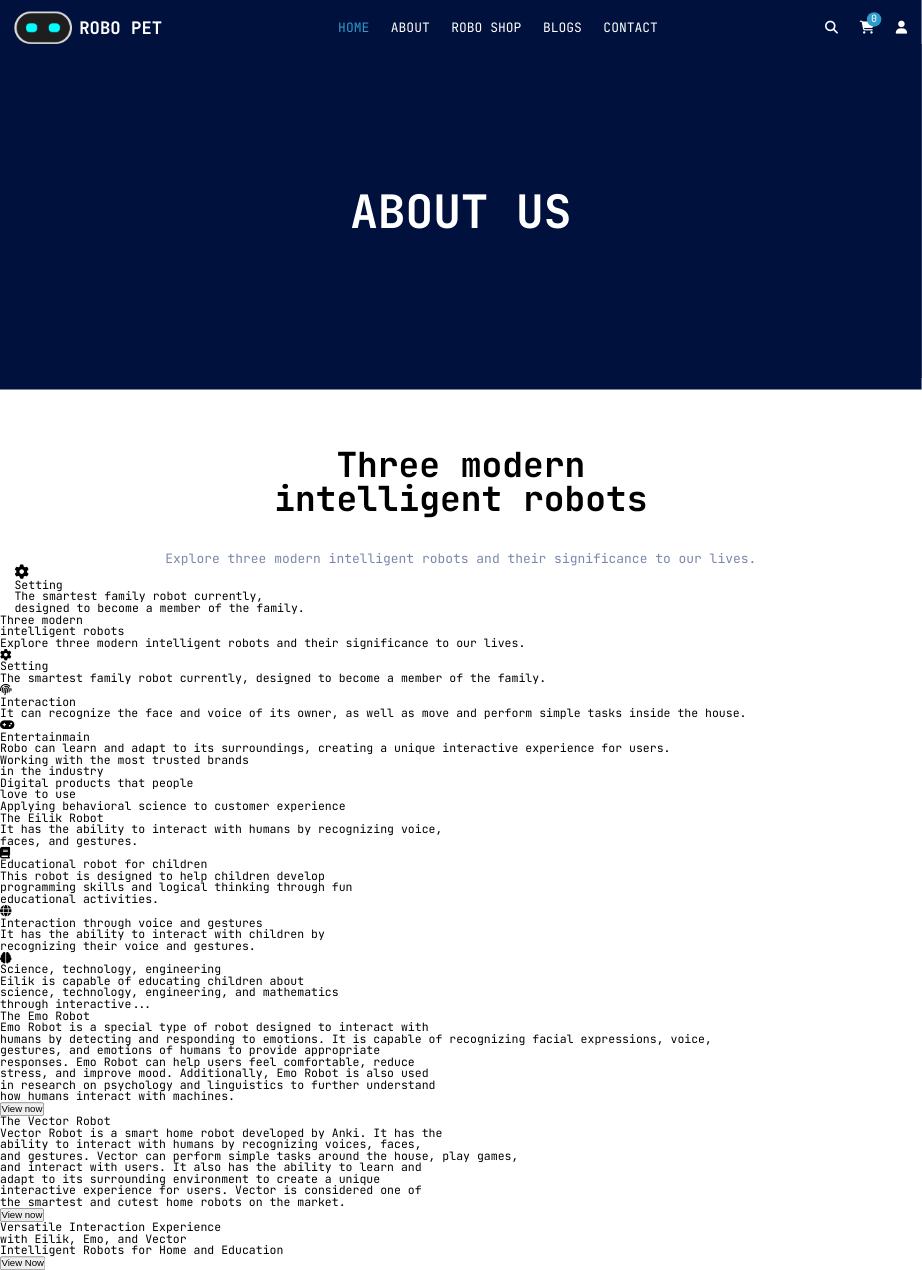
Repository: trietle101/du-an-1
Page: http://localhost/about.html
The author's editor kept a copy of each file at every save. The page is drawn from the files as they stood at one save, then again after the next save.
The browser window is 1280 px wide. The pictures show the whole page, at 72% of full size.
Some web libraries are served in a nearby version. The page is run by PHP 8.4 with error messages shown; the project is at /var/www/html/.

Above is the page before, as saved 2023-03-12 22:26:41.

### about.html
<!DOCTYPE html>
<html lang="en">
  <head>
    <meta charset="UTF-8" />
    <meta http-equiv="X-UA-Compatible" content="IE=edge" />
    <meta name="viewport" content="width=device-width, initial-scale=1.0" />
    <title>About</title>
    <link rel="stylesheet" href="assets/css/reset.css" />
    <link rel="preconnect" href="https://fonts.googleapis.com" />
    <link rel="preconnect" href="https://fonts.gstatic.com" crossorigin />
    <link rel="stylesheet" href="assets/css/about.css">
    <link
      href="https://fonts.googleapis.com/css2?family=JetBrains+Mono:wght@300;400;500;700&display=swap"
      rel="stylesheet"
    />
    <script
      src="https://kit.fontawesome.com/08ee78edd1.js"
      crossorigin="anonymous"
    ></script>
  </head>
  <body>
    <header class="header">
      <div class="container">
        <nav class="header-nav">
          <a href="#" class="header-logo">
            <img src="assets/img/logo.png" />
            <span>ROBO PET</span>
          </a>

          <ul class="nav__list">
            <li class="nav__item">
              <a href="#" class="nav__link active">Home</a>
            </li>
            <li class="nav__item">
              <a href="#" class="nav__link">About</a>
            </li>
            <li class="nav__item">
              <a href="#" class="nav__link">Robo shop</a>
            </li>
            <li class="nav__item">
              <a href="#" class="nav__link">Blogs</a>
            </li>
            <li class="nav__item">
              <a href="#" class="nav__link">Contact</a>
            </li>
          </ul>

          <ul class="nav__list">
            <li class="nav__item">
              <a href="" class="nav__link"
                ><i class="fa-solid fa-magnifying-glass"></i
              ></a>
            </li>
            <li class="nav__item">
              <a href="" class="nav__link absolute">
                <i class="fa-solid fa-cart-shopping"></i>
                <span>0</span>
              </a>
            </li>
            <li class="nav__item">
              <a href="" class="nav__link"><i class="fa-solid fa-user"></i></a>
            </li>
          </ul>
        </nav>
      </div>
      <div class="header-banner">
        <div class="container">
          <h1 class="banner-title">ABOUT US</h1>
        </div>
      </div>
    </header>
    <section class="modern">
      <div class="container">
        <h2 class="modern-title">Three modern <br> intelligent robots</h2>
        <p class="modern-desc">Explore three modern intelligent robots and their significance to our lives.</p>
        <div class="modern-box">
          <div class="modern-item">
            <i class="fa-solid fa-gear"></i>
            <h3 class="modern-box-title">Setting</h3>
            <p class="modern-box-desc">The smartest family robot currently, designed to become a member of the family.</p>
          </div>
        </div>
      </div>
    </section>

    <!--phần banner-->
    <div class="banner">
           </div>
           <div class="name2">
            <h2>Three modern <br>
              intelligent robots</h2>
            <p>Explore three modern intelligent robots and their significance to our lives.</p>

        <div class="box-top">
            <div class="namebox">
                <i class="fa-solid fa-gear"></i>
                <h3>Setting</h3>
                <p>The smartest family robot currently, designed to become a member of the family.</p>
            </div>


            <div  class="namebox">
              <i class="fa-solid fa-fingerprint"></i>
                <h3>Interaction</h3>
                <p>It can recognize the face and voice of its owner, as well as move and perform simple tasks inside the house.</p>
            </div>


            <div class="namebox">
              <i class="fa-solid fa-gamepad"></i>
                <h3>Entertainmain</h3>
                <p>Robo can learn and adapt to its surroundings, creating a unique interactive experience for users.</p>
            </div>
        </div>

        <div class="name2">
          <h2>Working with the most trusted brands <br> in the industry</h2>
        </div>

        <div class="banner2">
        </div>
        <div class="namebanner2">
          <h4>Digital products that people <br> love to use</h4>
          <p>Applying behavioral science to customer experience</p>
          <div class="box-text">
            <h5>The Eilik Robot</h5>
            <p>It has the ability to interact with humans by recognizing voice,<br> faces, and gestures.</p>
               <div class="box-content">
                <i class="fa-solid fa-book"></i>
                <h6>Educational robot for children</h6>
                <p>This robot is designed to help children develop <br> programming skills and logical thinking through fun <br> educational activities.</p>
               </div>

               <div class="box-content">
                <i class="fa-solid fa-globe"></i>
                <h6>Interaction through voice and gestures</h6>
                <p>It has the ability to interact with children by <br> recognizing their voice and gestures.</p>
               </div>

               <div class="box-content">
                <i class="fa-solid fa-brain"></i>
                <h6>Science, technology, engineering</h6>
                <p> Eilik is capable of educating children about <br> science, technology, engineering, and mathematics <br> through interactive...</p>
               </div>

          </div>
          <div class="box-content2">
            <h6>The Emo Robot</h6>
            <p>Emo Robot is a special type of robot designed to interact with <br> humans by detecting and responding to emotions.

              It is capable of recognizing facial expressions, voice,<br>  gestures, and emotions of humans to provide appropriate <br> responses. Emo Robot can help users feel comfortable, reduce <br> stress, and improve mood. Additionally, Emo Robot is also used <br> in research on psychology and linguistics to further understand <br> how humans interact with machines.</p>
          </div>

          <button>View now</button>

          <div class="box-content3">
            <h6>The Vector Robot</h6>
            <p>Vector Robot is a smart home robot developed by Anki. It has  the <br> ability to interact with humans by recognizing voices, faces, <br> and gestures.

              Vector can perform simple tasks around the house, play games, <br> and interact with users. It also has the ability to learn and <br> adapt to its surrounding environment to create a unique <br> interactive experience for users. Vector is considered one of <br> the smartest and cutest home robots on the market.</p>
              <button>View now</button>
            </div>
        </div>
        <div class="endbanner">
          <h2>Versatile Interaction Experience <br> with Eilik, Emo, and Vector</h2>
                <p>Intelligent Robots for Home and Education</p>
                <button>View Now</button>
        </div>
  </body>
  <script src="assets/script/script.js"></script>
</html>

### assets/css/reset.css
/* http://meyerweb.com/eric/tools/css/reset/
   v2.0 | 20110126
   License: none (public domain)
*/
html,
body,
div,
span,
applet,
object,
iframe,
h1,
h2,
h3,
h4,
h5,
h6,
p,
blockquote,
pre,
a,
abbr,
acronym,
address,
big,
cite,
code,
del,
dfn,
em,
img,
ins,
kbd,
q,
s,
samp,
small,
strike,
strong,
sub,
sup,
tt,
var,
b,
u,
i,
center,
dl,
dt,
dd,
ol,
ul,
li,
fieldset,
form,
label,
legend,
table,
caption,
tbody,
tfoot,
thead,
tr,
th,
td,
article,
aside,
canvas,
details,
embed,
figure,
figcaption,
footer,
header,
hgroup,
menu,
nav,
output,
ruby,
section,
summary,
time,
mark,
audio,
video {
  margin: 0;
  padding: 0;
  border: 0;
  font-size: 100%;
  font: inherit;
  vertical-align: baseline;
}

/* HTML5 display-role reset for older browsers */
article,
aside,
details,
figcaption,
figure,
footer,
header,
hgroup,
menu,
nav,
section {
  display: block;
}

body {
  line-height: 1;
}

ol,
ul {
  list-style: none;
}

blockquote,
q {
  quotes: none;
}

blockquote:before,
blockquote:after,
q:before,
q:after {
  content: "";
  content: none;
}

table {
  border-collapse: collapse;
  border-spacing: 0;
}

*,
*:after,
*:before {
  margin: 0;
  padding: 0;
  box-sizing: border-box;
}
ul,
li {
  list-style-type: none;
}
a {
  text-decoration: none;
}

### assets/css/about.css
:root {
  --primary-color: #00113d;
  --secondary-color: #2e9cca;
}

html {
  box-sizing: border-box;
}

img {
  display: block;
  max-width: 100%;
}

body {
  font-family: "JetBrains Mono", sans-serif;
  min-height: 100vh;
  margin: 0;
}
header {
  background: var(--primary-color);
  padding: 1em 0;
  width: 100%;
}
.container {
  max-width: 1240px;
  margin: 0 auto;
}

.header-nav {
  display: flex;
  justify-content: space-between;
  align-items: center;
  flex-wrap: nowrap;
}

.header-logo {
  display: flex;
  justify-content: center;
  align-items: center;
}

.header-logo span {
  text-decoration: none;
  color: #fff;
  font-size: 24px;
  font-weight: bold;
  margin-right: 0.5em;
  margin-left: 10px;
}

.nav__list {
  display: flex;
  justify-content: space-between;
  align-items: center;
  flex-wrap: nowrap;
}

.nav__item:not(:first-child) {
  margin-left: 30px;
}

.nav__link {
  color: #fff;
  text-decoration: none;
  text-transform: uppercase;
  transition: 0.3s ease-in-out;
  font-size: 18px;
}

.nav__link.active {
  color: var(--secondary-color);
}

.nav__link:hover {
  color: var(--secondary-color);
}

.nav__link:hover span {
  color: var(--secondary-color);
  background-color: #fff;
}

.nav__link.absolute {
  position: relative;
}

.nav__link span {
  position: absolute;
  display: inline-block;
  background-color: var(--secondary-color);
  width: 20px;
  height: 20px;
  font-size: 14px;
  text-align: center;
  padding-top: 2px;
  border-radius: 50%;
  top: -10px;
  left: 10px;
  transition: 0.3s ease-in-out;
}

.line-effect {
  width: 0;
  height: 2px;
  background-color: var(--secondary-color);
  position: fixed;
  pointer-events: none;
  transition: all 0.25s linear;
}
.header-banner {
  width: 100%;
  max-height: 500px;
  margin: 0 auto;
  background-color: #00113d;
  padding: 200px 0;
}
.banner-title {
  font-weight: 700;
  font-size: 64px;
  color: #fff;
  text-transform: uppercase;
  text-align: center;
}
.modern {
  padding-top: 80px;
}
.modern-title {
  font-weight: 700;
  font-size: 48px;
  text-align: center;
}
.modern-desc {
  font-weight: 400;
  font-size: 18px;
  color: #7b88a8;
  text-align: center;
  margin-top: 50px;
}
.modern-box {
  display: flex;
  justify-content: space-between;
  align-items: center;
  flex-wrap: nowrap;
}
.modern-item {
  max-width: 33.33%;
}
.modern-item i {
  font-size: 20px;
}

### assets/script/script.js
window.addEventListener("load", function () {
  // --- Menu ---
  const links = [...document.querySelectorAll(".nav__link")];
  links.forEach((item) => item.addEventListener("mouseenter", handleHoverLink));
  const line = document.createElement("div");
  line.classList = "line-effect";
  document.body.appendChild(line);

  function handleHoverLink(event) {
    const { left, top, width, height } = event.target.getBoundingClientRect();
    const offsetBottom = 5;
    line.style.width = `${width}px`;
    line.style.left = `${left}px`;
    line.style.top = `${top + height + offsetBottom}px`;
  }
  const menu = document.querySelector(".nav__list");
  menu.addEventListener("mouseleave", function () {
    line.style.width = 0;
  });

  const nav = document.querySelectorAll(".nav__link");
  nav.forEach((item) => {
    item.addEventListener("click", () => {
      nav.forEach((item) => {
        item.classList.remove("active");
      });
      item.classList.add("active");
    });
  });
});

After the next save:
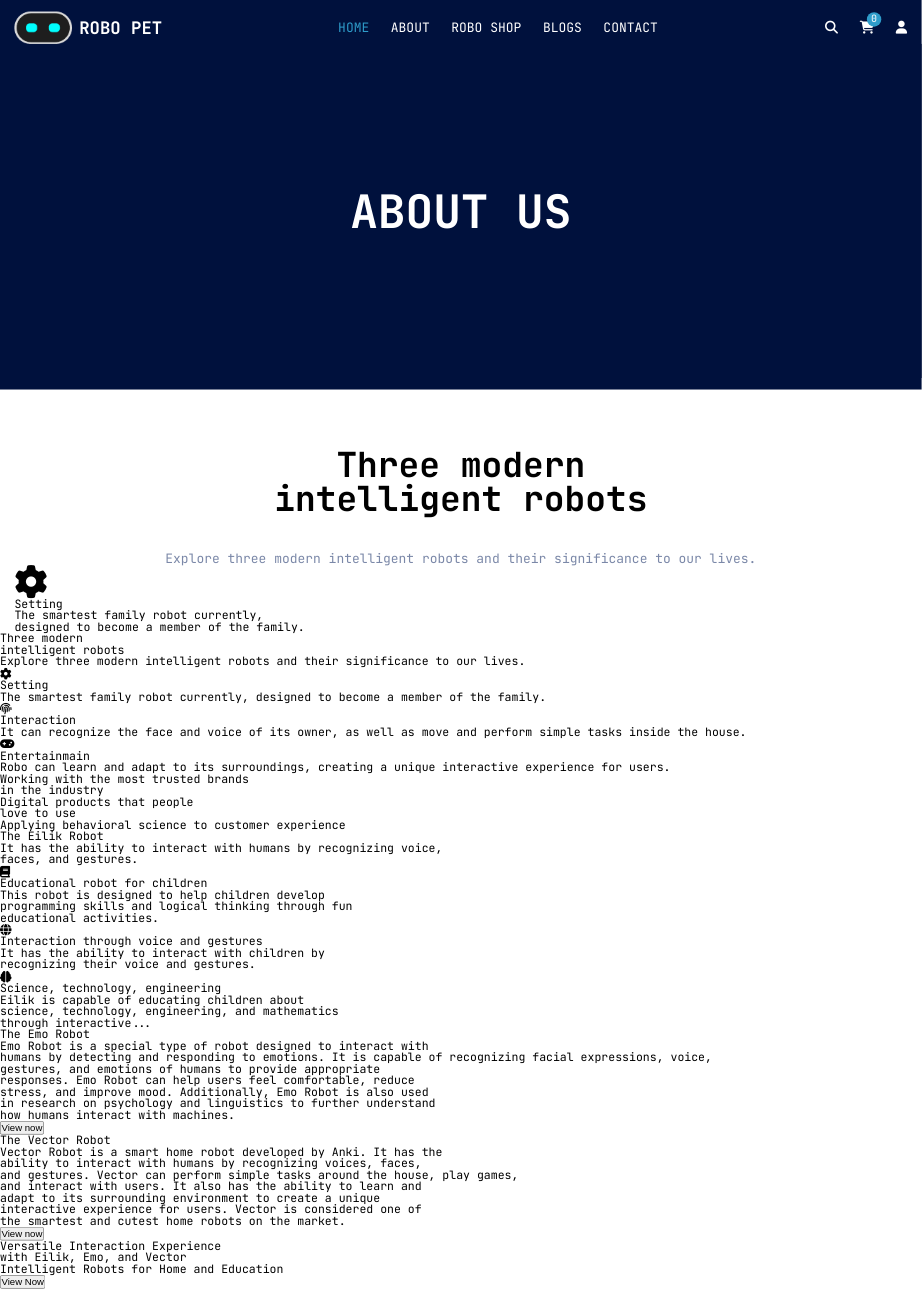
Saved 9 s later.
--- a/assets/css/about.css
+++ b/assets/css/about.css
@@ -147,5 +147,5 @@
   max-width: 33.33%;
 }
 .modern-item i {
-  font-size: 20px;
+  font-size: 46px;
 }
